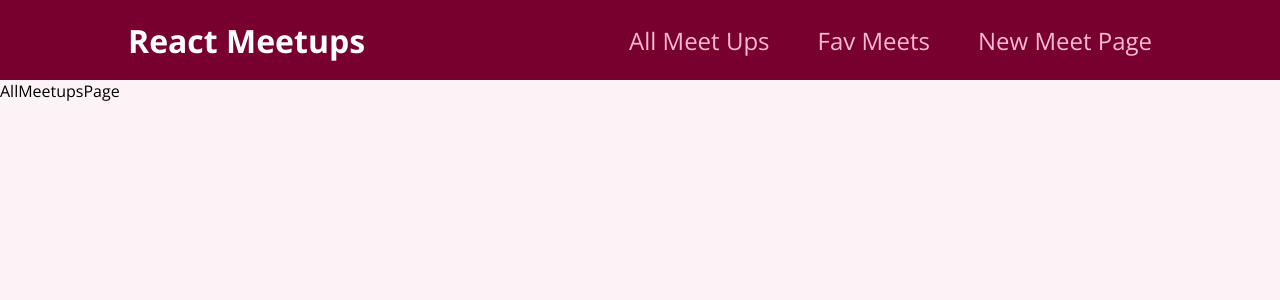
Repository: portretrieve/react-meetup-app
Page: /
These files come from the project's save history. The page is drawn as it stood at one moment and after the next save; the edit follows.
The browser window is 1280 px wide. The pictures show the whole page.
The project was rebuilt for these pictures with package versions that can differ from the ones it lists, and the page was loaded fresh each time. A package was used in the major version that the imports need, not the one package.json lists. Also part of the build but not shown: src/pages/Favourites.js, src/pages/NewMeetup.js.

Above is the page before, as saved 2021-08-17 18:17:54.

After the next save:
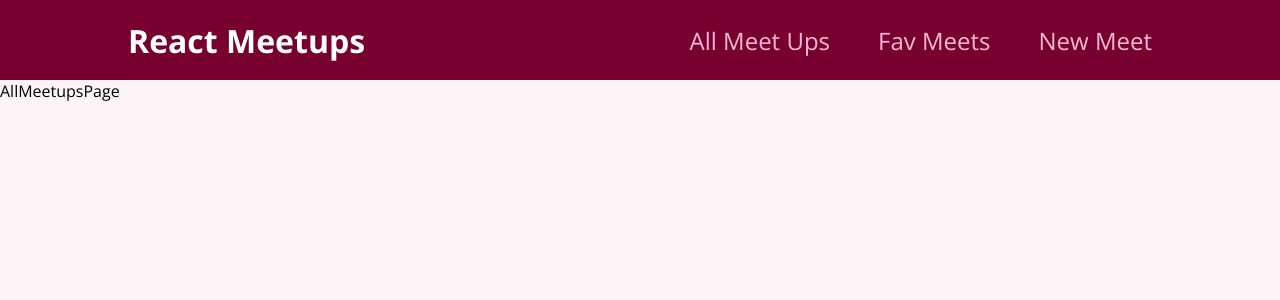
Saved 7 s later.
--- a/src/components/layout/MainNavigation.js
+++ b/src/components/layout/MainNavigation.js
@@ -14,7 +14,7 @@ function MainNavigation() {
             <Link to="/fav">Fav Meets</Link>
           </li>
           <li>
-            <Link to="/meet">New Meet Page</Link>
+            <Link to="/meet">New Meet</Link>
           </li>
         </ul>
       </nav>
